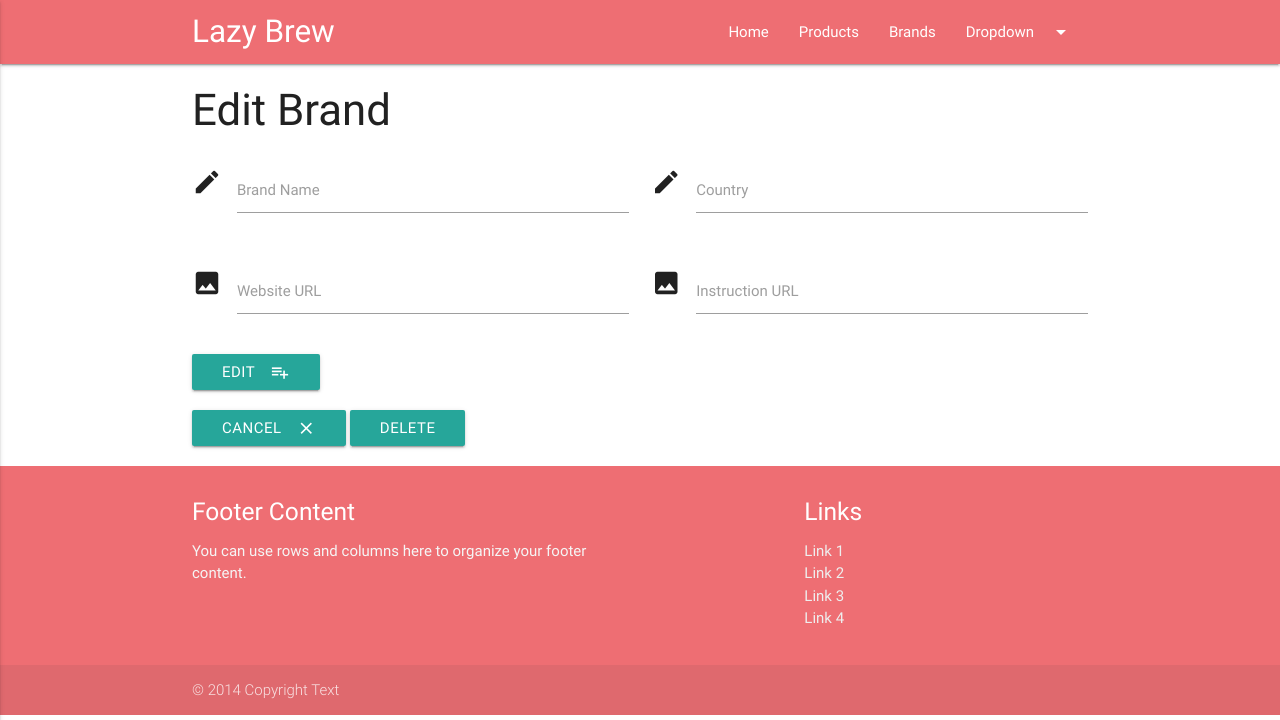
Repository: Leon2ev/lazy-brew
Page: templates/editbrand.html
The author's editor kept a record of every edit. The page is drawn from the files as they stood at one moment, then again after the next edit.
The browser window is 1280 px wide. The pictures show the whole page.
Some web libraries are served in a nearby version. The page is served by the project's application, run on Flask 3 (app.py). The template is opened directly, without the code that normally fills it, so the values that code supplies are empty.

Above is the page before.

After the next edit:
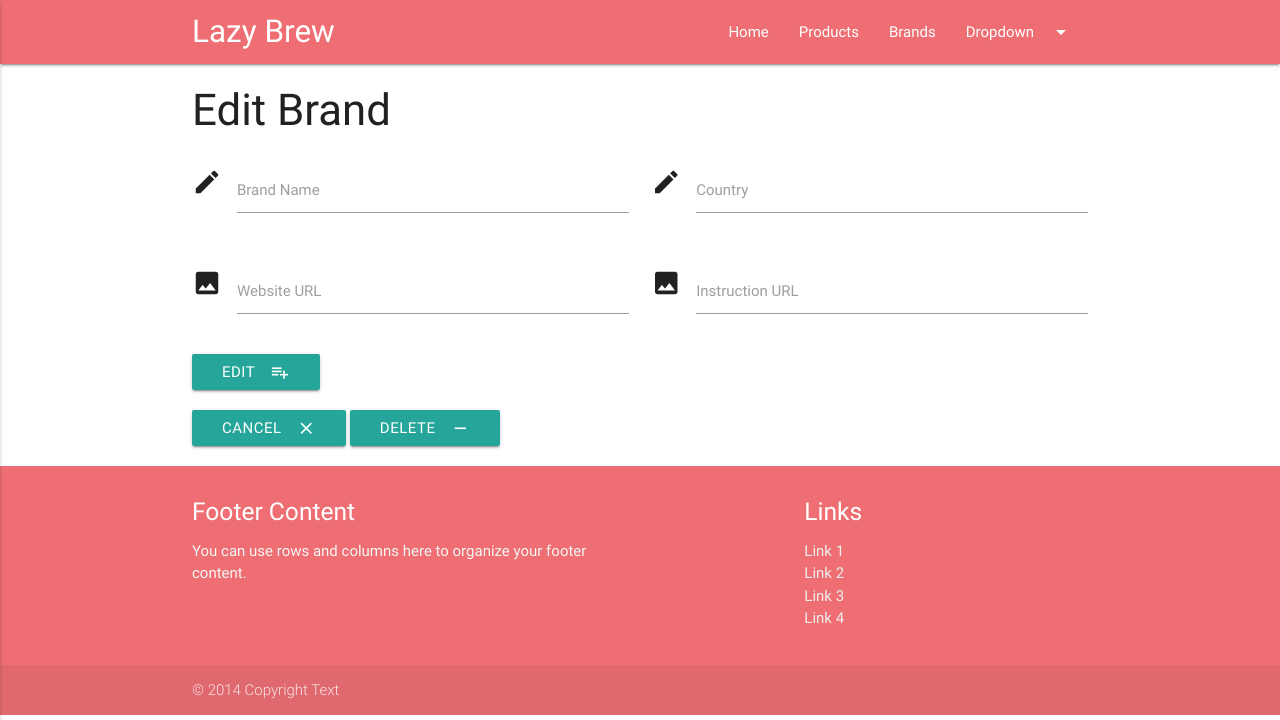
The edit:
--- a/templates/editbrand.html
+++ b/templates/editbrand.html
@@ -40,7 +40,9 @@
                 <a class="waves-effect waves-light btn modal-trigger" href="#modal1">Cancel
                     <i class="material-icons right">clear</i>
                 </a>
-                <a class="waves-effect waves-light btn modal-trigger" href="#modal2">Delete</a>
+                <a class="waves-effect waves-light btn modal-trigger" href="#modal2">Delete
+                    <i class="material-icons right">remove</i>
+                </a>
             </div>
             <div id="modal1" class="modal">
                 <div class="modal-content">
